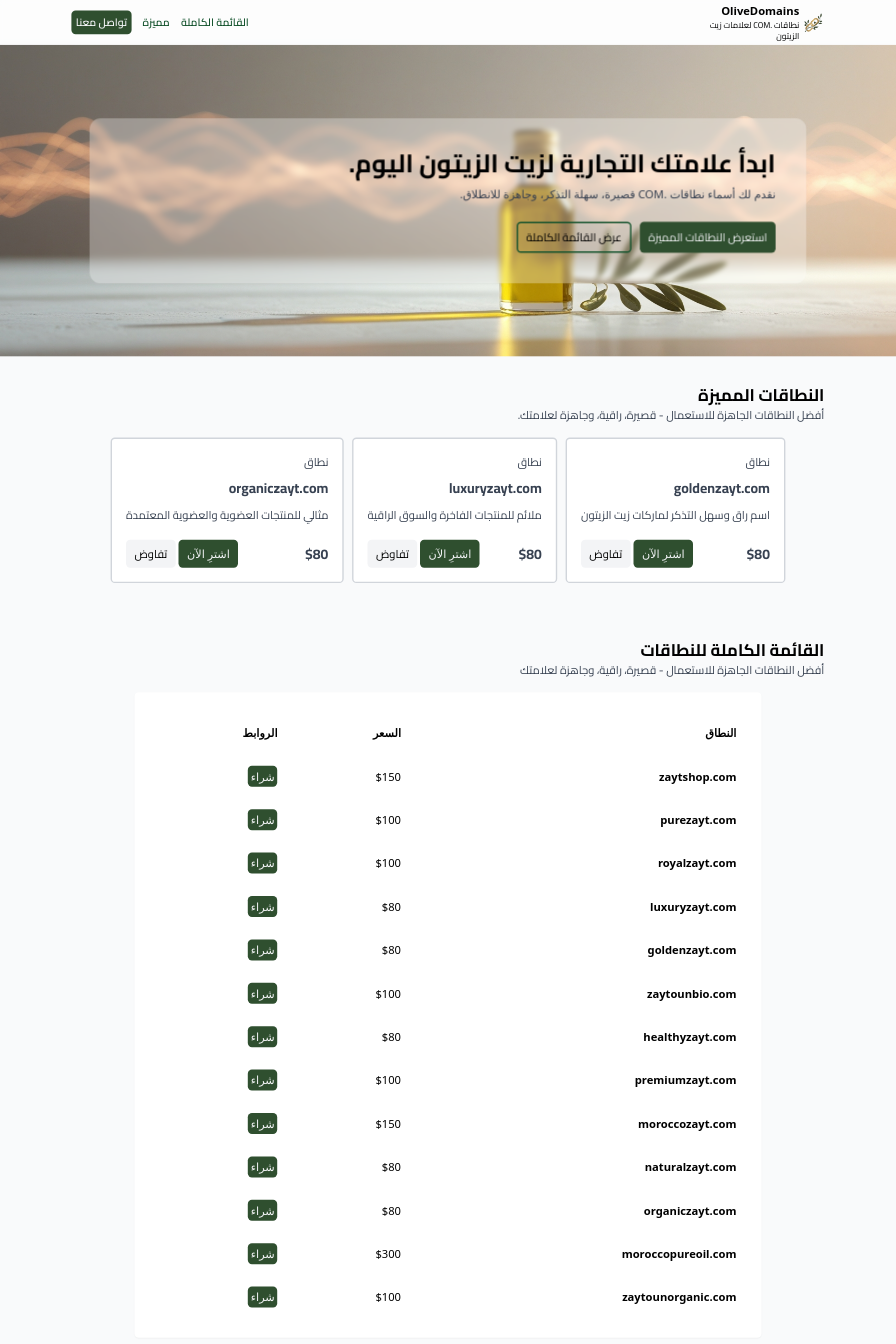
Repository: zakaria-bn05/Olive-oil-domaine-names-english-version
Page: index.html
These files come from the project's save history. The page is drawn as it stood at one moment and after the next save; the edit follows.
The browser window is 1280 px wide. The pictures show the part of the page from y = 0 to 1920 px (the page is 2771 px tall), at 70% of full size.
Empty fields were first filled with sample values (such as "Sample", 5 or name@example.com).
After loading, the first visible `#display-landing-page` was clicked once.
Some web libraries are served in a nearby version.

Above is the page before, as saved 2025-11-19 05:07:07.

### index.html
<!DOCTYPE html>
<html lang="ar" dir="rtl">

<head>
    <meta charset="UTF-8">
    <meta name="viewport" content="width=device-width, initial-scale=1.0">
    <link rel="icon" type="image/x-icon" href="assets/logo.png">
    <link rel="stylesheet" href="https://cdnjs.cloudflare.com/ajax/libs/font-awesome/6.5.1/css/all.min.css">
    <script src="https://cdn.tailwindcss.com"></script>
    <link href="https://fonts.googleapis.com/css2?family=Cairo:wght@300;400;600;700;800&display=swap" rel="stylesheet">
    <title src="">بيع نطاقات زيت الزيتون .COM</title>
    <style>
        .font-cairo {
            font-family: 'Cairo', system-ui, -apple-system, 'Segoe UI', Roboto, sans-serif;
        }

        .nav-link {
            font-size: 0.95rem;
            font-weight: 600;
        }

        .nav-link:hover {
            opacity: 0.92;
        }

        .bg-olive-btn {
            background-color: #2f4f2f;
        }

        .bg-olive-btn:hover {
            filter: contrast(80%);
        }

        .header {
            height: 445px;
            background-image: url('assets/header-picture.jpg');
            background-size: cover;
            background-position: center;
        }

        .table-spaced {
            border-collapse: separate;
            border-spacing: 0 0.9rem;
        }

        .table-spaced th,
        .table-spaced td {
            background: white;
            padding: 0.75rem 1rem;
            border-radius: 8px;
        }

        .table-spaced thead th {
            background: transparent;
            font-weight: 700;
        }

        @media (max-width: 768px) {

            nav {
                margin-top: -40px;
            }

            .special-domaine {
                width: 400px
            }

            .buy-reason {
                padding-left: auto;
            }
        }
    </style>
</head>

<body class="min-h-screen flex flex-col">
    <main class="font-Cairo w-full flex flex-col bg-gray-50 text-gold-dark ">
        <nav
            class="sticky md:top-0 z-30 bg-white/60 backdrop-blur-sm flex w-full h-26 md:h-16 px-[4%] md:px-[8%] items-center justify-between md:gap-1">

            <div class=" flex items-center gap-[2%]">
                <img src="assets/logo.png" class=" w-8 cursor-pointer alt=" OliveDomains Logo">
                <div>
                    <p class="text-right font-bold">OliveDomains</p>
                    <p class="text-xs font-cairo w-30">نطاقات .COM لعلامات زيت الزيتون</p>
                </div>
            </div>
            <div class="flex items-center mt-28 mb-2 md:m-0 gap-4">
                <a id="full-list" class="text-green-900 nav-link font-cairo w-18 cursor-pointer md:w-max ">القائمة
                    الكاملة</a>
                <a id="" class="special text-green-900 nav-link font-cairo cursor-pointer ">مميزة</a>
                <a id="contact"
                    class="bg-olive-btn rounded-md p-[4px] md:p-[6px] text-gray-100 nav-link font-cairo cursor-pointer md:w-max">تواصل
                    معنا</a>
            </div>
        </nav>
        <header class="header flex items-center justify-center z-10 relative ">
            <div class="bg-white rounded-2xl backdrop-blur-sm bg-opacity-30 w-4/5 p-11 flex flex-col gap-3 ">
                <h1 class="font-cairo text-4xl font-bold text-right "> ابدأ علامتك التجارية لزيت الزيتون اليوم.</h1>
                <p class="text-gray-700 text-right text-ms ">
                    نقدم لك أسماء نطاقات .COM قصيرة، سهلة التذكر، وجاهزة للانطلاق.
                </p>
                <div class="flex md:flex-row flex-col gap-3 mt-4 ">
                    <button class="special font-cairo bg-olive-btn px-3 py-2 text-gray-100 rounded-md">استعرض النطاقات
                        المميزة
                    </button>
                    <button id="full-list-2" class="font-cairo px-3 py-2 rounded-md border-2 border-green-900 ">عرض
                        القائمة
                        الكاملة
                    </button>
                </div>
            </div>
        </header>
        <article class="px-[8%] py-10">
            <h1 class="font-cairo text-2xl font-bold">النطاقات المميزة</h1>
            <p class="font-cairo text-xm text-gray-700 ">أفضل النطاقات الجاهزة للاستعمال - قصيرة، راقية، وجاهزة لعلامتك.
            </p>
            <div class="flex gap-3 flex-wrap justify-center">
                <div
                    class="special-domaine bg-white border-2 border-gray-300 rounded-md p-5 mt-5 w-100 flex flex-col gap-3 ">
                    <p class=" font-cairo text-xm text-gray-700 ">نطاق
                    </p>
                    <p class=" font-cairo text-xl text-gray-700 font-bold ">goldenzayt.com
                    </p>
                    <p class=" font-cairo text-xm text-gray-700 ">اسم راق وسهل التذكر لماركات زيت الزيتون
                    </p>
                    <div class="flex items-center mt-auto w-full justify-between">

                        <p class=" font-cairo text-xl text-gray-700 font-bold mt-3 ">$80</p>
                        <div class="justify-end">
                            <button class="selling bg-olive-btn px-3 py-2 text-gray-100 rounded-md mt-3">اشترِ الآن
                            </button>
                            <button class="negotiate font-cairo bg-olive-btn px-3 py-2 bg-gray-100 rounded-md mt-3">
                                تفاوض
                            </button>
                        </div>

                    </div>
                </div>
                <div
                    class="special-domaine bg-white border-2 border-gray-300 rounded-md p-5 w-100 mt-5 flex flex-col gap-3 ">
                    <p class=" font-cairo text-xm text-gray-700 ">نطاق
                    </p>
                    <p class=" font-cairo text-xl text-gray-700 font-bold ">luxuryzayt.com
                    </p>
                    <p class=" font-cairo text-xm text-gray-700 ">ملائم للمنتجات الفاخرة والسوق الراقية
                    </p>
                    <div class="flex items-center mt-auto w-full justify-between">

                        <p class=" font-cairo text-xl text-gray-700 font-bold mt-3 ">$80</p>
                        <div class="justify-end">
                            <button href="" class="selling bg-olive-btn px-3 py-2 text-gray-100 rounded-md mt-3">اشترِ
                                الآن
                            </button>
                            <button class="negotiate font-cairo bg-olive-btn px-3 py-2 bg-gray-100 rounded-md mt-3">
                                تفاوض
                            </button>
                        </div>
                    </div>
                </div>
                <div
                    class="special-domaine bg-white border-2 border-gray-300 rounded-md p-5 mt-5 w-100 flex flex-col gap-3 ">
                    <p class=" font-cairo text-xm text-gray-700 ">نطاق
                    </p>
                    <p class=" font-cairo text-xl text-gray-700 font-bold ">organiczayt.com
                    </p>
                    <p class=" font-cairo text-xm text-gray-700 ">مثالي للمنتجات العضوية والعضوية المعتمدة
                    </p>
                    <div class="flex items-center w-full justify-between">

                        <p class=" font-cairo text-xl text-gray-700 font-bold mt-3 ">$80</p>
                        <div class="justify-end mt-auto">
                            <button class="selling bg-olive-btn px-3 py-2 text-gray-100 rounded-md mt-3">اشترِ الآن
                            </button>
                            <button class="negotiate font-cairo bg-olive-btn px-3 py-2 bg-gray-100 rounded-md mt-3">
                                تفاوض
                            </button>
                        </div>

                    </div>
                </div>
        </article>
        <article class="px-[8%] py-10">
            <h1 class="font-cairo text-2xl font-bold"> القائمة الكاملة للنطاقات</h1>
            <p class="font-cairo text-xm text-gray-700 ">أفضل النطاقات الجاهزة للاستعمال - قصيرة، راقية، وجاهزة لعلامتك
            </p>
            <div class="flex justify-center w-full">
                <table class=" w-5/6 text-right mt-5 bg-white p-5 rounded-md table-spaced shadow-sm">
                    <tr class="border-b-2 p-5">
                        <th>النطاق</th>
                        <th>السعر</th>
                        <th>الروابط</th>
                    </tr>
                    <tr>
                        <td class="font-bold ">zaytshop.com</td>
                        <td>$150</td>
                        <td><a href="https://sedo.com/search/?member=c67aa84ed5e26d9853476fb49144413aa5dfed49"
                                class="hover:border-b-2 border-black bg-olive-btn text-gray-100 p-1 rounded-md">
                                شراء</a></td>
                    </tr>
                    <tr>
                        <td class="font-bold ">purezayt.com</td>
                        <td>$100</td>
                        <td><a href="https://sedo.com/search/?member=c67aa84ed5e26d9853476fb49144413aa5dfed49"
                                class="hover:border-b-2 border-black bg-olive-btn text-gray-100 p-1 rounded-md">
                                شراء</a></td>
                    </tr>
                    <tr>
                        <td class="font-bold ">royalzayt.com</td>
                        <td>$100</td>
                        <td><a href="https://sedo.com/search/?member=c67aa84ed5e26d9853476fb49144413aa5dfed49"
                                class="hover:border-b-2 border-black bg-olive-btn text-gray-100 p-1 rounded-md">
                                شراء</a></td>
                    </tr>
                    <tr>
                        <td class="font-bold ">luxuryzayt.com</td>
                        <td>$80</td>
                        <td><a href="https://sedo.com/search/?member=c67aa84ed5e26d9853476fb49144413aa5dfed49"
                                class="hover:border-b-2 border-black bg-olive-btn text-gray-100 p-1 rounded-md">
                                شراء</a></td>
                    </tr>
                    <tr>
                        <td class="font-bold ">goldenzayt.com</td>
                        <td>$80</td>
                        <td><a href="https://sedo.com/search/?member=c67aa84ed5e26d9853476fb49144413aa5dfed49"
                                class="hover:border-b-2 border-black bg-olive-btn text-gray-100 p-1 rounded-md">
                                شراء</a></td>
                    </tr>
                    <tr>
                        <td class="font-bold ">zaytounbio.com</td>
                        <td>$100</td>
                        <td><a href="https://sedo.com/search/?member=c67aa84ed5e26d9853476fb49144413aa5dfed49"
                                class="hover:border-b-2 border-black bg-olive-btn text-gray-100 p-1 rounded-md">
                                شراء</a></td>
                    </tr>

                    <tr>
                        <td class="font-bold ">healthyzayt.com</td>
                        <td>$80</td>
                        <td><a href="https://sedo.com/search/?member=c67aa84ed5e26d9853476fb49144413aa5dfed49"
                                class="hover:border-b-2 border-black bg-olive-btn text-gray-100 p-1 rounded-md">
                                شراء</a></td>
                    </tr>
                    <tr>
                        <td class="font-bold ">premiumzayt.com</td>
                        <td>$100</td>
                        <td><a href="https://sedo.com/search/?member=c67aa84ed5e26d9853476fb49144413aa5dfed49"
                                class="hover:border-b-2 border-black bg-olive-btn text-gray-100 p-1 rounded-md">
                                شراء</a></td>
                    </tr>
                    <tr>
                        <td class="font-bold ">moroccozayt.com</td>
                        <td>$150</td>
                        <td><a href="https://sedo.com/search/?member=c67aa84ed5e26d9853476fb49144413aa5dfed49"
                                class="hover:border-b-2 border-black bg-olive-btn text-gray-100 p-1 rounded-md">
                                شراء</a></td>
                    </tr>
                    <tr>
                        <td class="font-bold ">naturalzayt.com</td>
                        <td>$80</td>
                        <td><a href="https://sedo.com/search/?member=c67aa84ed5e26d9853476fb49144413aa5dfed49"
                                class="hover:border-b-2 border-black bg-olive-btn text-gray-100 p-1 rounded-md">
                                شراء</a></td>
                    </tr>

                    <tr>
                        <td class="font-bold ">organiczayt.com</td>
                        <td>$80</td>
                        <td><a href="https://sedo.com/search/?member=c67aa84ed5e26d9853476fb49144413aa5dfed49"
                                class="hover:border-b-2 border-black bg-olive-btn text-gray-100 p-1 rounded-md">
                                شراء</a></td>
                    </tr>
                    <tr>
                        <td class="font-bold ">moroccopureoil.com</td>
                        <td>$300</td>
                        <td><a href="https://sedo.com/search/?member=c67aa84ed5e26d9853476fb49144413aa5dfed49"
                                class="hover:border-b-2 border-black bg-olive-btn text-gray-100 p-1 rounded-md">
                                شراء</a></td>
                    </tr>
                    <tr>
                        <td class="font-bold ">zaytounorganic.com</td>
                        <td>$100</td>
                        <td><a href="https://sedo.com/search/?member=c67aa84ed5e26d9853476fb49144413aa5dfed49"
                                class="hover:border-b-2 border-black bg-olive-btn text-gray-100 p-1 rounded-md">
                                شراء</a></td>
                    </tr>
                </table>
            </div>

        </article>
        <article class="px-[8%] py-10">
            <h1 class="font-cairo text-2xl font-bold"> لماذا تختار نطاقاتنا؟ </h1>
            <div class="flex flex-wrap gap-4">
                <div class=" flex gap-5 mt-5 p-1 rounded-md ">
                    <img src=" assets/pro-logo.png" class="buy-reason w-12 h-12 rounded-full" alt="">
                    <div>
                        <p class="font-bold">الاحترافية</p>
                        <p class="text-[15px]">نطاقات .COM فقط، ملائمة للسوق العالمية</p>
                    </div>
                </div>
                <div class="flex gap-5 mt-5 p-1 rounded-md ">
                    <img src="assets/easy-logo.png" class="buy-reason w-12 h-12 rounded-full" alt="">
                    <div>
                        <p class="font-bold">السهولة</p>
                        <p class="text-[15px]"> أسماء قصيرة وواضحة تغني عن التعقيد</p>
                    </div>
                </div>
                <div class="flex gap-5 mt-5 p-1 rounded-md ">
                    <img src="assets/bonus-logo.png" class="buy-reason w-12 h-12 rounded-full" alt="">
                    <div>
                        <p class="font-bold">هدية اضافية</p>
                        <p class="text-[15px]"> صفحة هبوط احترافية مجانا بعد شراء أي من مجالاتنا </p>
                    </div>
                </div>

            </div>
            <div class="flex flex-col gap-3 items-center">
                <button id="display-landing-page" class=" bg-olive-btn p-2 text-ms text-gray-100 rounded-md w-max">عرض
                    <i class="fa-solid fa-display"></i></button>
                <div id="landing-page-container"
                    class="fixed top-200 hidden flex-col justify-center items-center gap-2 p-2 rounded-md mt-3 ">
                    <img src="assets/landing-page.jpg" class="w-60 h-200 rounded-md" alt="">
                    <i id="close-btn"
                        class="fa-solid fa-xmark close-red-icon w-8 h-8 font-bold cursor-pointer bg-red-600 hover:bg-red-500 transition-all hover:scale-110 rounded-full p-2"></i>
                </div>
                <small>بعد الشراء تقوم بالتواصل معنا و تتوصل بها بشكل مجاني تماما مع التعديل عليها بالشكل الذي
                    يناسبك</small>

            </div>
            </div>

        </article>
        <article class="px-[8%] mt-10 bg-white">
            <hr>
            <div class="flex flex-wrap justify-between pt-10">
                <div class="flex flex-col gap-3">
                    <h1 class="font-cairo text-2xl font-bold "> تواصل معنا </h1>
                    <p class="font-cairo text-xm text-gray-700 m-none p-none ">
                        تواصل معنا عبر رسالة بالبريد الإلكتروني.
                        سنقوم بالرد خلال 24 ساعة.
                    </p>
                    <a href="">Gmail </a>
                    <a href="mailto:bouchmlaanas4@gmail.com">bouchmlaanas4@gmail.com</a>
                </div>
                <form class="flex flex-col gap-3 ml-10 w-[600px] rounded-md" action="https://formspree.io/f/xnnwjaby"
                    method="POST">
                    <input type="text" name="name"
                        class="w-4/5 font-cairo text-ms h-[50px] rounded-md  border-2 border-gray-200 p-3 "
                        placeholder="الاسم">
                    <input type="email" name="mail"
                        class="w-4/5 font-cairo text-ms p-3 h-[50px] rounded-md border-2 border-gray-200"
                        placeholder="البريد الالكتروني">
                    <textarea name="subject" cols="30"
                        class="w-4/5 font-cairo text-ms p-3 rounded-md border-2 border-gray-200"
                        placeholder="رسالتك "></textarea>
                    <div class="flex items-center gap-6">
                        <input type="submit" value="إرسال"
                            class="bg-olive-btn font-cairo px-3 py-2 text-gray-100 rounded-md mt-3 w-1/4 cursor-pointer">
                        <small class="text-gray-600">أو استخدم الايمايل للمحادثة البريدية</small>
                    </div>
                </form>
            </div>
            <br>
            <hr>
            <footer>
                <pre class="text-center text-xm font-cairo text-gray-700">سياسة الخصوصية · شروط الاستخدام
                The Website Developer :
                Zakariabenhachem05@gmail.com
            </pre>
            </footer>
        </article>


    </main>
    <script src="index.js"></script>
</body>

</html>

### index.js
const break_point = 768;
const window_width = window.innerWidth;
console.log(window_width, break_point);
const contact = document.getElementById('contact');
const fullList = document.getElementById('full-list');

const fullList2 = document.getElementById('full-list-2');

contact.addEventListener('click', () => {
    window.scrollTo({
        top: document.body.scrollHeight,
        behavior: 'smooth'
    });
});

fullList.addEventListener('click', () => {
    const scrolling = window_width > break_point ? 850 : 1490;
    window.scrollTo({
        top: scrolling,
        behavior: 'smooth'
    });
});

fullList2.addEventListener('click', () => {
    const scrolling = window_width > break_point ? 850 : 1490;
    window.scrollTo({
        top: scrolling,
        behavior: 'smooth'
    });
});

const specials = document.querySelectorAll('.special');
specials.forEach(special => {
    special.addEventListener('click', () => {
        const scrolling = window_width > break_point ? 450 : 450;
        window.scrollTo({
            top: scrolling,
            behavior: 'smooth'
        });
    });
});

const negotiationBtn = document.querySelectorAll('.negotiate');
negotiationBtn.forEach(element => {
    element.addEventListener('click', () => {
        window.scrollTo({
            top: document.body.scrollHeight,
            behavior: 'smooth'
        });
    });
});

const sellingBtn = document.querySelectorAll('.selling');
sellingBtn.forEach(element => {
    element.addEventListener('click', () => {
        landingPageContainer.style.display = 'flex';
    });
});
const displayLandingPageBtn = document.getElementById('display-landing-page');
displayLandingPageBtn.addEventListener('click', () => {
    const landingPageContainer = document.getElementById('landing-page-container');
    landingPageContainer.style.display = 'flex'
});

const closeBtn = document.getElementById('close-btn');
closeBtn.addEventListener('click', () => {
    const landingPageContainer = document.getElementById('landing-page-container');
    landingPageContainer.style.display = 'none';
});

After the next save:
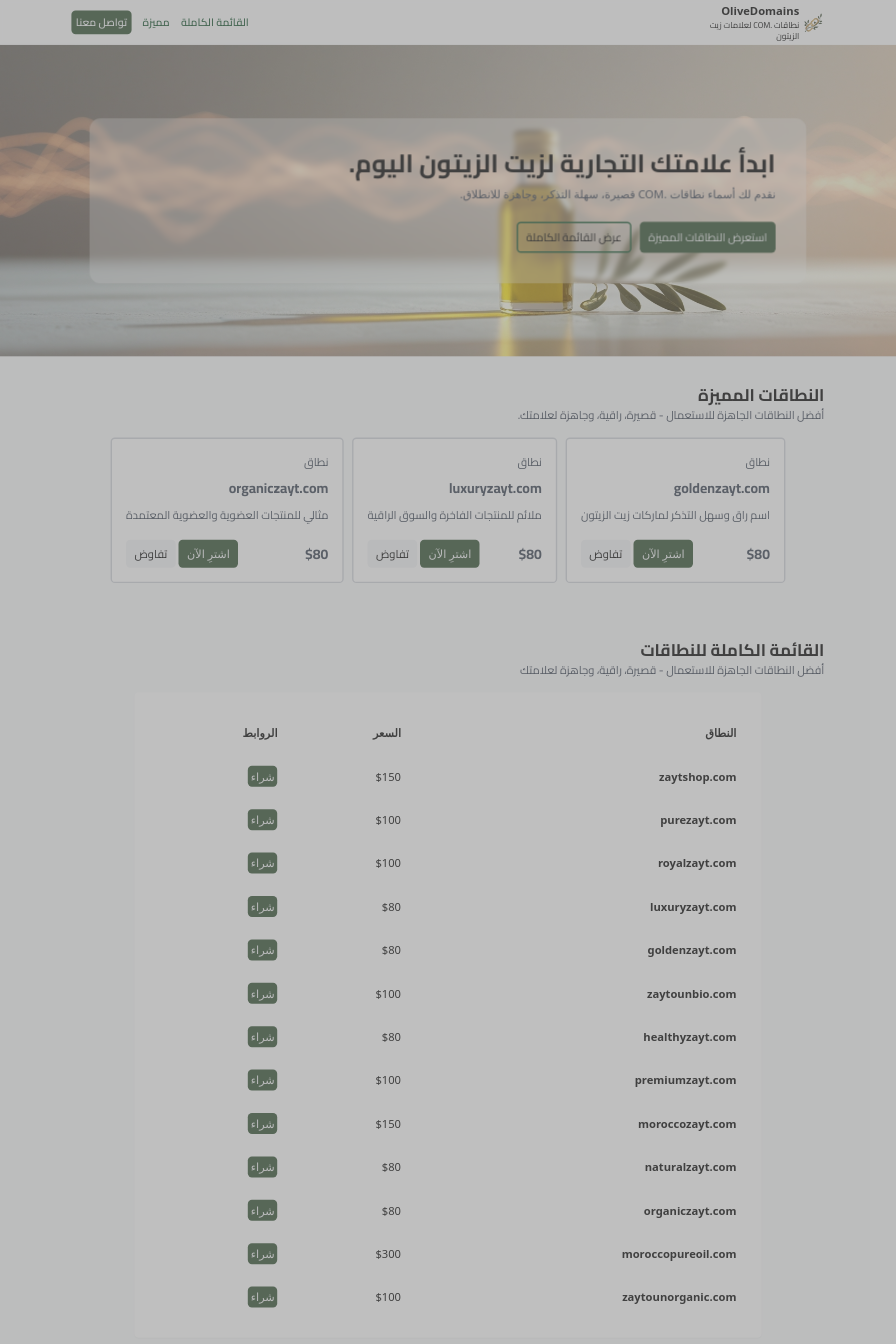
Saved 80 s later.
--- a/index.js
+++ b/index.js
@@ -60,10 +60,14 @@ const displayLandingPageBtn = document.getElementById('display-landing-page');
 displayLandingPageBtn.addEventListener('click', () => {
     const landingPageContainer = document.getElementById('landing-page-container');
     landingPageContainer.style.display = 'flex'
+
+    document.body.style.filter = "contrast(50%)"
+
 });
 
 const closeBtn = document.getElementById('close-btn');
 closeBtn.addEventListener('click', () => {
     const landingPageContainer = document.getElementById('landing-page-container');
     landingPageContainer.style.display = 'none';
+    document.body.style.filter = "contrast(100%)"
 });
